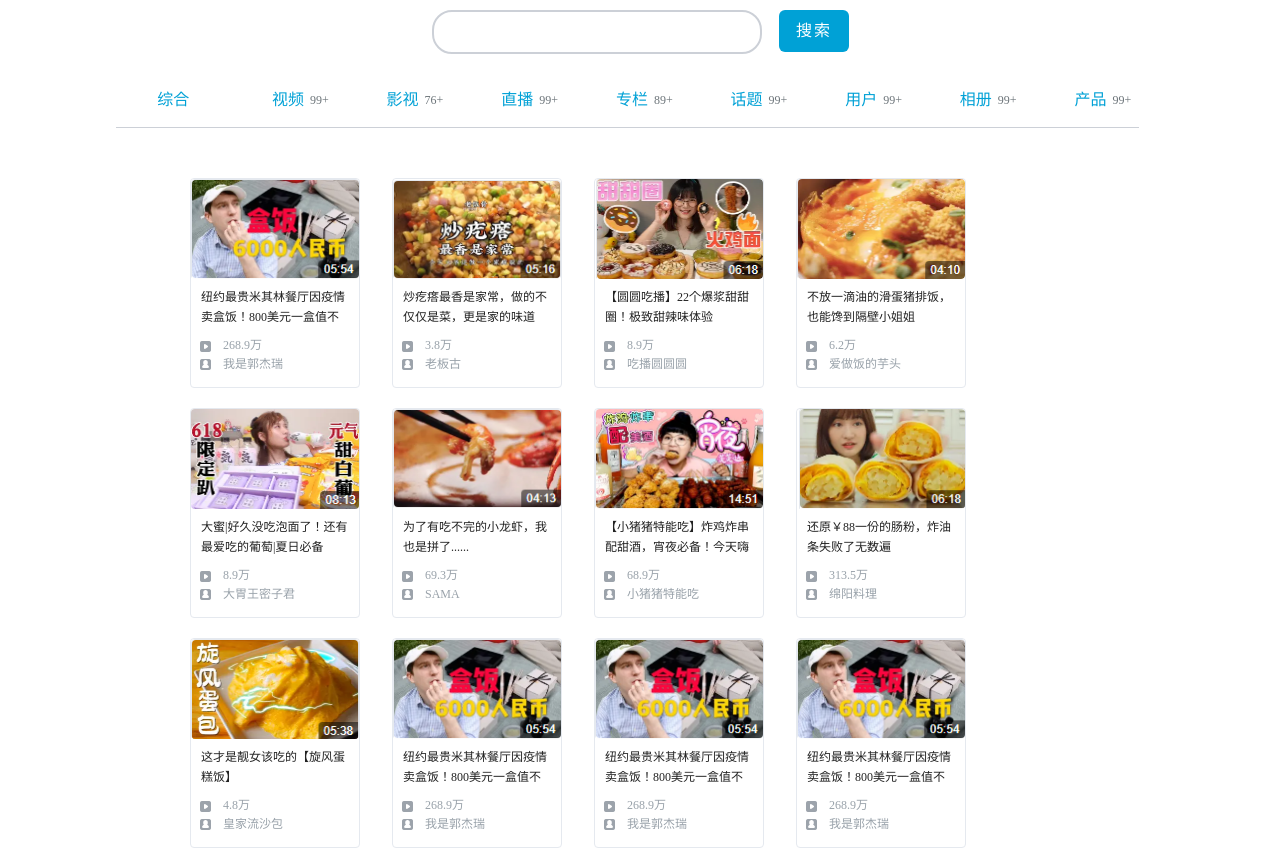
Repository: red-code-yl/web-project
Page: doc/food.html
The author's editor kept a copy of each file at every save. The page is drawn from the files as they stood at one save, then again after the next save.
The browser window is 1280 px wide. The pictures show the whole page.

Above is the page before, as saved 2020-06-18 17:21:01.

### doc/food.html
<!DOCTYPE html>
<html lang="en">
<head>
    <meta charset="UTF-8">
    <meta name="viewport" content="width=device-width, initial-scale=1.0">
    <title>美食</title>
    <link  rel="stylesheet"   href="../css/food.css" />
</head>
<body>
    <div id="search" class="search">
        <div class="contain">
            <div class="head-contain">
                <div class="search-top">
                    <div class="search-block">
                        <div class="search-input">
                            <input id="search-keyword" type="text" maxlength="100" autocomplete="off">
                        </div>
                        <div class="search-button">
                            <span class="search-text">搜索</span>
                        </div>

                    </div>
                </div>
                <div class="navigator">
                    <div class="nav-1">
                        <div class="fenlei">
                            <ul class="fenlei-list">
                                <li class="fenlei-list-1" style="height: 56px;line-height: 56px;width: 11.11%;">
                                    <a href="#">综合</a>
                                    <span></span>
                                </li>
                                <li class="fenlei-list-1" style="height: 56px;line-height: 56px;width: 11.11%;">
                                    <a href="#">视频<span>99+</span></a>

                                </li>
                                <li class="fenlei-list-1" style="height: 56px;line-height: 56px;width: 11.11%;">
                                    <a href="#">影视<span>76+</span></a>

                                </li>
                                <li class="fenlei-list-1" style="height: 56px;line-height: 56px;width: 11.11%;">
                                    <a href="#">直播<span>99+</span></a>

                                </li>
                                <li class="fenlei-list-1" style="height: 56px;line-height: 56px;width: 11.11%;">
                                    <a href="#">专栏<span>89+</span></a>

                                </li>
                                <li class="fenlei-list-1" style="height: 56px;line-height: 56px;width: 11.11%;">
                                    <a href="#">话题<span>99+</span></a>

                                </li>
                                <li class="fenlei-list-1" style="height: 56px;line-height: 56px;width: 11.11%;">
                                    <a href="#">用户<span>99+</span></a>

                                </li>
                                <li class="fenlei-list-1" style="height: 56px;line-height: 56px;width: 11.11%;">
                                    <a href="#">相册<span>99+</span></a>

                                </li>
                                <li class="fenlei-list-1" style="height: 56px;line-height: 56px;width: 11.11%;">
                                    <a href="#">产品<span>99+</span></a>
                                </li>
                            </ul>
                        </div>
                    </div>
                </div>
            </div>
            <div class="body-contain">
                <div class="all-list">
                    <ul class="video-list">
                        <li class="video-list-part">
                            <a href="#" title="" target="_blank" class="list-part-1">
                                <div class="img">
                                    <div class="lazy-img">
                                        <img alt src="../img/img-list1.png">
                                    </div>

                                </div>
                            </a>
                            <div class="list-text">
                                <div class="list-title">
                                    <a title="" href="#" target="_blank" class="title-1">
                                        纽约最贵米其林餐厅因疫情卖盒饭！800美元一盒值不值？
                                    </a>
                                </div>
                                <div class="tags">
                                    <span class="play" title="观看">
                                        <i class="playcount"></i>
                                        268.9万
                                    </span>
                                    <br/>
                                    <span class="play2" title="up主">
                                        <i class="play-uper"></i>
                                        <a href="#" target="_blank" class="up-name">
                                            我是郭杰瑞
                                        </a>
                                    </span>
                                </div>
                            </div>
                        </li>
                        <li class="video-list-part">
                            <a href="#" title="" target="_blank" class="list-part-1">
                                <div class="img">
                                    <div class="lazy-img">
                                        <img alt src="../img/img-list2.png">
                                    </div>

                                </div>
                            </a>
                            <div class="list-text">
                                <div class="list-title">
                                    <a title="" href="#" target="_blank" class="title-1">
                                        炒疙瘩最香是家常，做的不仅仅是菜，更是家的味道
                                    </a>
                                </div>
                                <div class="tags">
                                    <span class="play" title="观看">
                                        <i class="playcount"></i>
                                        3.8万
                                    </span>
                                    <br/>
                                    <span class="play2" title="up主">
                                        <i class="play-uper"></i>
                                        <a href="#" target="_blank" class="up-name">
                                            老板古
                                        </a>
                                    </span>
                                </div>
                            </div>
                        </li>
                        <li class="video-list-part">
                            <a href="#" title="" target="_blank" class="list-part-1">
                                <div class="img">
                                    <div class="lazy-img">
                                        <img alt src="../img/img-list3.png">
                                    </div>

                                </div>
                            </a>
                            <div class="list-text">
                                <div class="list-title">
                                    <a title="" href="#" target="_blank" class="title-1">
                                        【圆圆吃播】22个爆浆甜甜圈！极致甜辣味体验
                                    </a>
                                </div>
                                <div class="tags">
                                    <span class="play" title="观看">
                                        <i class="playcount"></i>
                                        8.9万
                                    </span>
                                    <br/>
                                    <span class="play2" title="up主">
                                        <i class="play-uper"></i>
                                        <a href="#" target="_blank" class="up-name">
                                            吃播圆圆圆
                                        </a>
                                    </span>
                                </div>
                            </div>
                        </li>
                        <li class="video-list-part">
                            <a href="#" title="" target="_blank" class="list-part-1">
                                <div class="img">
                                    <div class="lazy-img">
                                        <img alt src="../img/img-list4.png">
                                    </div>

                                </div>
                            </a>
                            <div class="list-text">
                                <div class="list-title">
                                    <a title="" href="#" target="_blank" class="title-1">
                                        不放一滴油的滑蛋猪排饭，也能馋到隔壁小姐姐
                                    </a>
                                </div>
                                <div class="tags">
                                    <span class="play" title="观看">
                                        <i class="playcount"></i>
                                        6.2万
                                    </span>
                                    <br/>
                                    <span class="play2" title="up主">
                                        <i class="play-uper"></i>
                                        <a href="#" target="_blank" class="up-name">
                                            爱做饭的芋头
                                        </a>
                                    </span>
                                </div>
                            </div>
                        </li>
                        <li class="video-list-part">
                            <a href="#" title="" target="_blank" class="list-part-1">
                                <div class="img">
                                    <div class="lazy-img">
                                        <img alt src="../img/img-list5.png">
                                    </div>

                                </div>
                            </a>
                            <div class="list-text">
                                <div class="list-title">
                                    <a title="" href="#" target="_blank" class="title-1">
                                        大蜜|好久没吃泡面了！还有最爱吃的葡萄|夏日必备
                                    </a>
                                </div>
                                <div class="tags">
                                    <span class="play" title="观看">
                                        <i class="playcount"></i>
                                        8.9万
                                    </span>
                                    <br/>
                                    <span class="play2" title="up主">
                                        <i class="play-uper"></i>
                                        <a href="#" target="_blank" class="up-name">
                                            大胃王密子君
                                        </a>
                                    </span>
                                </div>
                            </div>
                        </li>
                        <li class="video-list-part">
                            <a href="#" title="" target="_blank" class="list-part-1">
                                <div class="img">
                                    <div class="lazy-img">
                                        <img alt src="../img/img-list6.png">
                                    </div>

                                </div>
                            </a>
                            <div class="list-text">
                                <div class="list-title">
                                    <a title="" href="#" target="_blank" class="title-1">
                                        为了有吃不完的小龙虾，我也是拼了......
                                    </a>
                                </div>
                                <div class="tags">
                                    <span class="play" title="观看">
                                        <i class="playcount"></i>
                                        69.3万
                                    </span>
                                    <br/>
                                    <span class="play2" title="up主">
                                        <i class="play-uper"></i>
                                        <a href="#" target="_blank" class="up-name">
                                            SAMA
                                        </a>
                                    </span>
                                </div>
                            </div>
                        </li>
                        <li class="video-list-part">
                            <a href="#" title="" target="_blank" class="list-part-1">
                                <div class="img">
                                    <div class="lazy-img">
                                        <img alt src="../img/img-list7.png">
                                    </div>

                                </div>
                            </a>
                            <div class="list-text">
                                <div class="list-title">
                                    <a title="" href="#" target="_blank" class="title-1">
                                        【小猪猪特能吃】炸鸡炸串配甜酒，宵夜必备！今天嗨皮
                                    </a>
                                </div>
                                <div class="tags">
                                    <span class="play" title="观看">
                                        <i class="playcount"></i>
                                        68.9万
                                    </span>
                                    <br/>
                                    <span class="play2" title="up主">
                                        <i class="play-uper"></i>
                                        <a href="#" target="_blank" class="up-name">
                                            小猪猪特能吃
                                        </a>
                                    </span>
                                </div>
                            </div>
                        </li>
                        <li class="video-list-part">
                            <a href="#" title="" target="_blank" class="list-part-1">
                                <div class="img">
                                    <div class="lazy-img">
                                        <img alt src="../img/img-list8.png">
                                    </div>

                                </div>
                            </a>
                            <div class="list-text">
                                <div class="list-title">
                                    <a title="" href="#" target="_blank" class="title-1">
                                        还原￥88一份的肠粉，炸油条失败了无数遍
                                    </a>
                                </div>
                                <div class="tags">
                                    <span class="play" title="观看">
                                        <i class="playcount"></i>
                                        313.5万
                                    </span>
                                    <br/>
                                    <span class="play2" title="up主">
                                        <i class="play-uper"></i>
                                        <a href="#" target="_blank" class="up-name">
                                            绵阳料理
                                        </a>
                                    </span>
                                </div>
                            </div>
                        </li>
                        <li class="video-list-part">
                            <a href="#" title="" target="_blank" class="list-part-1">
                                <div class="img">
                                    <div class="lazy-img">
                                        <img alt src="../img/img-list9.png">
                                    </div>

                                </div>
                            </a>
                            <div class="list-text">
                                <div class="list-title">
                                    <a title="" href="#" target="_blank" class="title-1">
                                        这才是靓女该吃的【旋风蛋糕饭】
                                    </a>
                                </div>
                                <div class="tags">
                                    <span class="play" title="观看">
                                        <i class="playcount"></i>
                                        4.8万
                                    </span>
                                    <br/>
                                    <span class="play2" title="up主">
                                        <i class="play-uper"></i>
                                        <a href="#" target="_blank" class="up-name">
                                            皇家流沙包
                                        </a>
                                    </span>
                                </div>
                            </div>
                        </li>
                        <li class="video-list-part">
                            <a href="#" title="" target="_blank" class="list-part-1">
                                <div class="img">
                                    <div class="lazy-img">
                                        <img alt src="../img/img-list1.png">
                                    </div>

                                </div>
                            </a>
                            <div class="list-text">
                                <div class="list-title">
                                    <a title="" href="#" target="_blank" class="title-1">
                                        纽约最贵米其林餐厅因疫情卖盒饭！800美元一盒值不值？
                                    </a>
                                </div>
                                <div class="tags">
                                    <span class="play" title="观看">
                                        <i class="playcount"></i>
                                        268.9万
                                    </span>
                                    <br/>
                                    <span class="play2" title="up主">
                                        <i class="play-uper"></i>
                                        <a href="#" target="_blank" class="up-name">
                                            我是郭杰瑞
                                        </a>
                                    </span>
                                </div>
                            </div>
                        </li>
                        <li class="video-list-part">
                            <a href="#" title="" target="_blank" class="list-part-1">
                                <div class="img">
                                    <div class="lazy-img">
                                        <img alt src="../img/img-list1.png">
                                    </div>

                                </div>
                            </a>
                            <div class="list-text">
                                <div class="list-title">
                                    <a title="" href="#" target="_blank" class="title-1">
                                        纽约最贵米其林餐厅因疫情卖盒饭！800美元一盒值不值？
                                    </a>
                                </div>
                                <div class="tags">
                                    <span class="play" title="观看">
                                        <i class="playcount"></i>
                                        268.9万
                                    </span>
                                    <br/>
                                    <span class="play2" title="up主">
                                        <i class="play-uper"></i>
                                        <a href="#" target="_blank" class="up-name">
                                            我是郭杰瑞
                                        </a>
                                    </span>
                                </div>
                            </div>
                        </li>
                        <li class="video-list-part">
                            <a href="#" title="" target="_blank" class="list-part-1">
                                <div class="img">
                                    <div class="lazy-img">
                                        <img alt src="../img/img-list1.png">
                                    </div>

                                </div>
                            </a>
                            <div class="list-text">
                                <div class="list-title">
                                    <a title="" href="#" target="_blank" class="title-1">
                                        纽约最贵米其林餐厅因疫情卖盒饭！800美元一盒值不值？
                                    </a>
                                </div>
                                <div class="tags">
                                    <span class="play" title="观看">
                                        <i class="playcount"></i>
                                        268.9万
                                    </span>
                                    <br/>
                                    <span class="play2" title="up主">
                                        <i class="play-uper"></i>
                                        <a href="#" target="_blank" class="up-name">
                                            我是郭杰瑞
                                        </a>
                                    </span>
                                </div>
                            </div>
                        </li>
                    </ul>
                </div>
            </div>
        </div>
    </div>
</body>
</html>

Loaded but not shown: css/food.css (235 lines, source omitted)

After the next save:
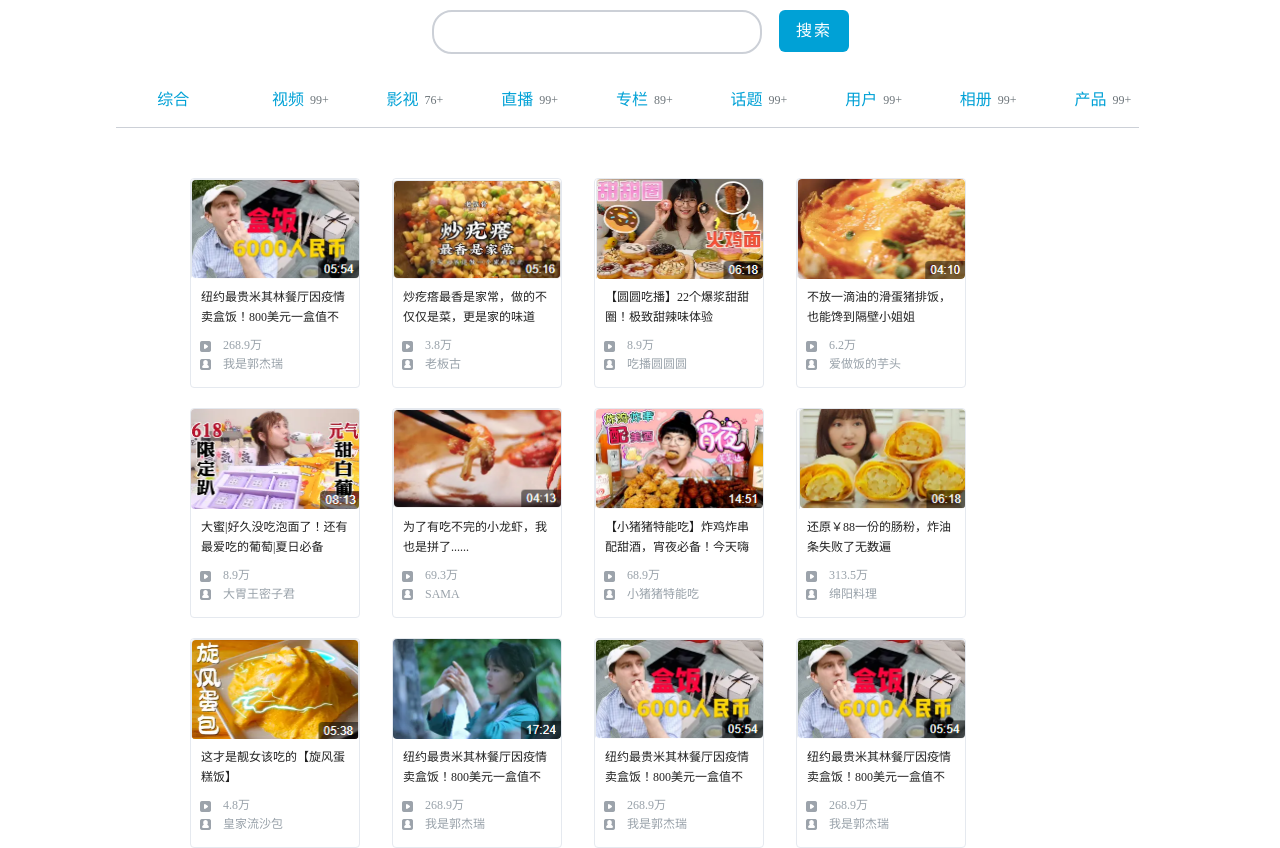
Saved 39 s later.
--- a/doc/food.html
+++ b/doc/food.html
@@ -342,7 +342,7 @@
                             <a href="#" title="" target="_blank" class="list-part-1">
                                 <div class="img">
                                     <div class="lazy-img">
-                                        <img alt src="../img/img-list1.png">
+                                        <img alt src="../img/img-list10.png">
                                     </div>
 
                                 </div>
